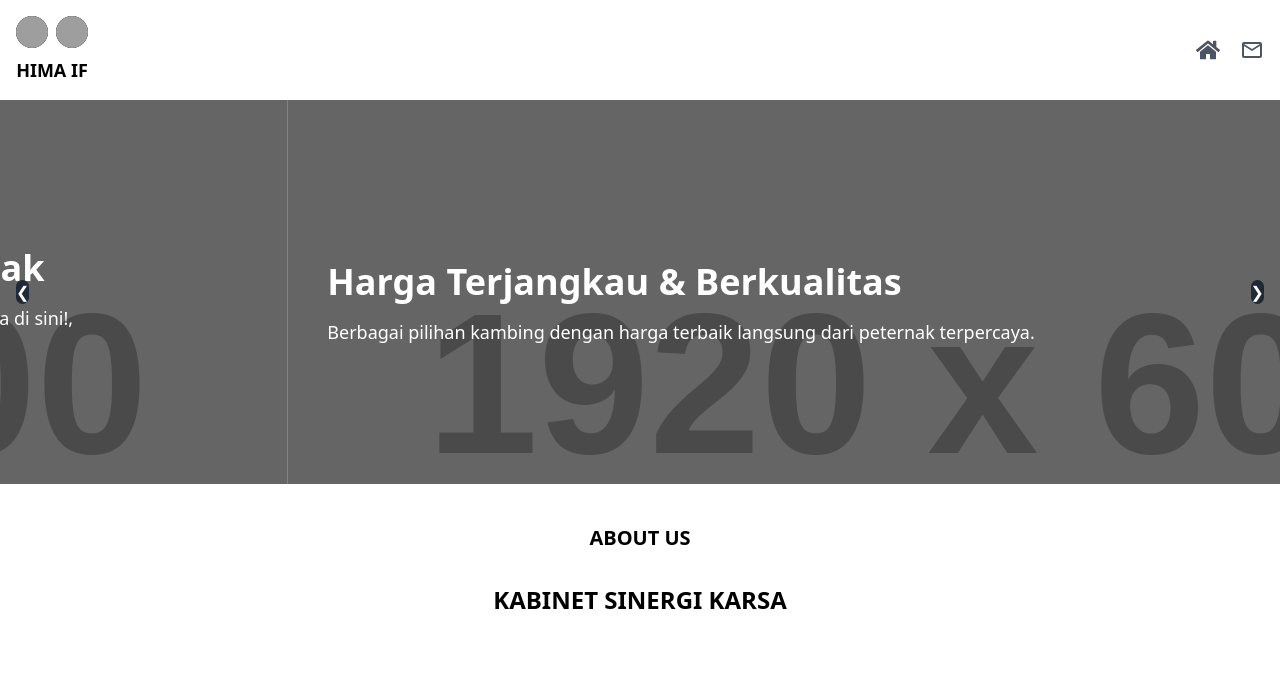
Repository: MUHAMADTEGARWIJAYA/himaif
Page: /
An editor plug-in stored every save of this project. The page is shown before and after the next save, followed by the edit.
The browser window is 1280 px wide. The pictures show the whole page.
Pictures or frames that could not be fetched are drawn as grey boxes. The project was rebuilt for these pictures with package versions that can differ from the ones it lists, and the page was loaded fresh each time. Also part of the build but not shown: vite.config.js.

Above is the page before, as saved 2024-12-21 14:58:02.

After the next save:
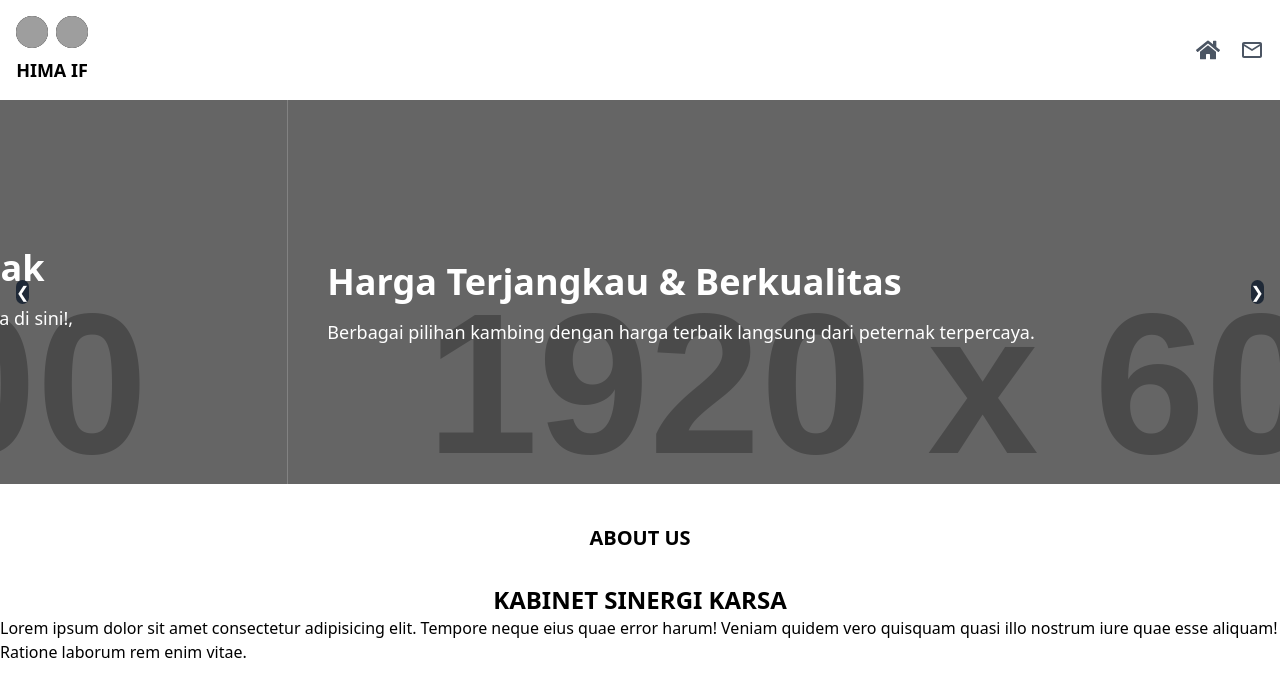
Saved 49 s later.
--- a/src/pages/Members.jsx
+++ b/src/pages/Members.jsx
@@ -6,8 +6,9 @@ const About = () => {
           <h1 className="text-center font-bold text-2xl  mt-8">
             KABINET SINERGI KARSA
           </h1>
+          <p>Lorem ipsum dolor sit amet consectetur adipisicing elit. Tempore neque eius quae error harum! Veniam quidem vero quisquam quasi illo nostrum iure quae esse aliquam! Ratione laborum rem enim vitae.</p>
+      </div>
 
-      </div>
     );
   };
 
